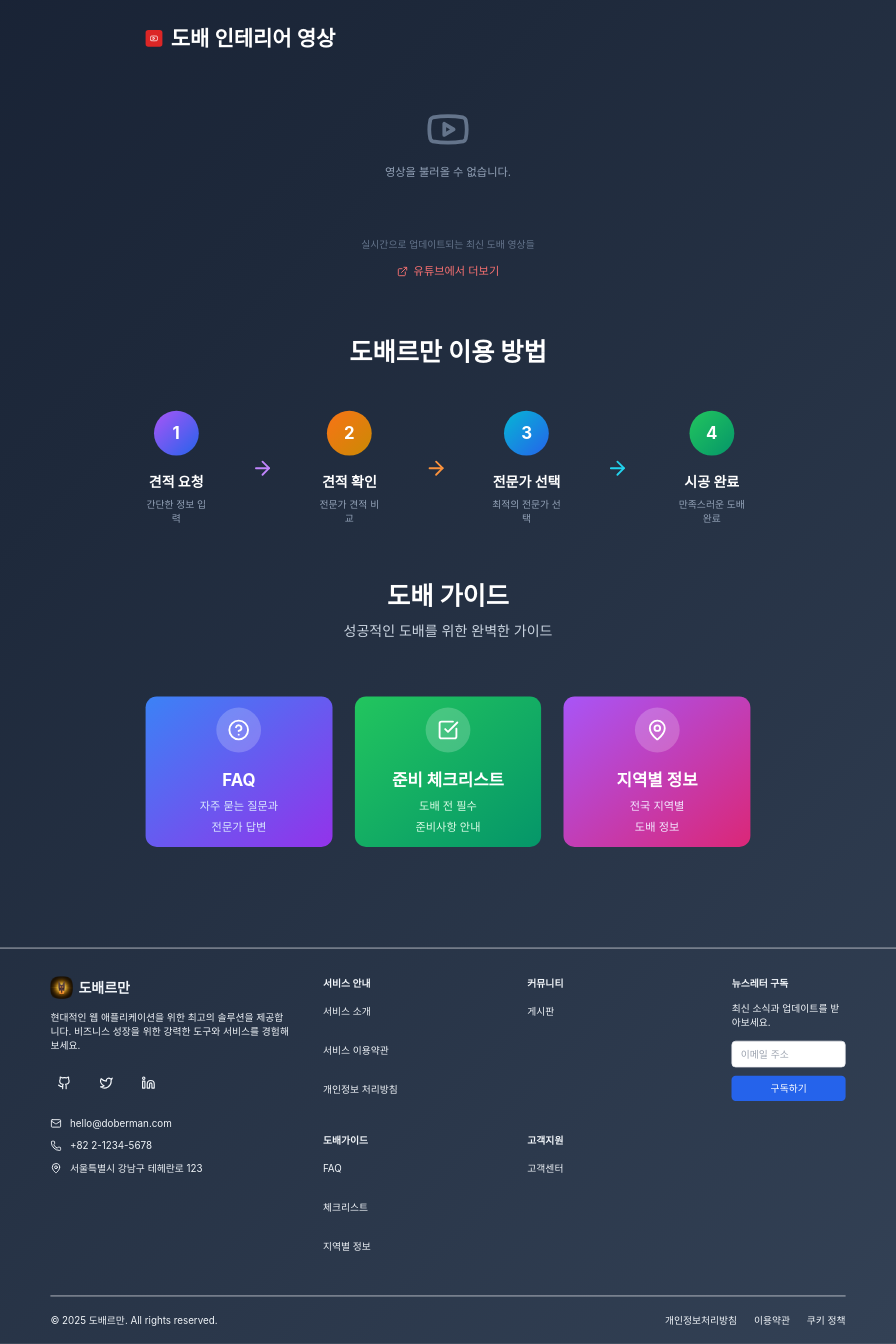
Repository: rambozzang/doberman_nextjs
Page: /
An editor plug-in stored every save of this project. The page is shown before and after the next save, followed by the edit.
The browser window is 1280 px wide. The pictures show the part of the page from y = 1647 to 3567 px (the page is 3567 px tall), at 70% of full size.
The page's requests for data from a server got no answer. The project was rebuilt for these pictures with package versions that can differ from the ones it lists, and the page was loaded fresh each time. The framework's server and built-in components were replaced by stand-ins that run in the browser. No one was signed in, and anything a server would have sent is missing. Also part of the build but not shown: next.config.mjs, next.config.ts, src/components/AutoLogoutWarning.tsx, src/components/ForgotPasswordModal.tsx, src/components/LoginModal.tsx, src/components/RegisterModal.tsx.

Above is the page before, as saved 2025-06-28 01:16:59.

### src/components/Footer.tsx
"use client";

import React, { useState } from "react";
import Link from "next/link";
import { motion, AnimatePresence } from "framer-motion";
import { Github, Twitter, Linkedin, Mail, Phone, MapPin, ChevronDown } from "lucide-react";

import Image from "next/image";

interface FooterLink {
  title: string;
  href: string;
}

interface FooterSection {
  title: string;
  links: FooterLink[];
}

interface SocialLink {
  name: string;
  href: string;
  icon: React.ReactNode;
}

interface FooterProps {
  logo?: string;
  description?: string;
  sections?: FooterSection[];
  socialLinks?: SocialLink[];
  contactInfo?: {
    email?: string;
    phone?: string;
    address?: string;
  };
  showNewsletter?: boolean;
}

const defaultSections: FooterSection[] = [
  {
    title: "서비스 안내",
    links: [
      { title: "서비스 소개", href: "/service-intro" },
      { title: "서비스 이용약관", href: "/terms-of-service" },
      { title: "개인정보 처리방침", href: "/privacy-policy" },
    ],
  },
  {
    title: "커뮤니티",
    links: [{ title: "게시판", href: "/board" }],
  },
  {
    title: "도배가이드",
    links: [
      { title: "FAQ", href: "/faq" },
      { title: "체크리스트", href: "/checklist" },
      { title: "지역별 정보", href: "/regional-guide" },
    ],
  },
  {
    title: "고객지원",
    links: [{ title: "고객센터", href: "/customer-support" }],
  },
];

const defaultSocialLinks: SocialLink[] = [
  {
    name: "GitHub",
    href: "https://github.com",
    icon: <Github className="w-5 h-5" />,
  },
  {
    name: "Twitter",
    href: "https://twitter.com",
    icon: <Twitter className="w-5 h-5" />,
  },
  {
    name: "LinkedIn",
    href: "https://linkedin.com",
    icon: <Linkedin className="w-5 h-5" />,
  },
];

const Footer: React.FC<FooterProps> = ({
  logo = "도배르만",
  description = "현대적인 웹 애플리케이션을 위한 최고의 솔루션을 제공합니다. 비즈니스 성장을 위한 강력한 도구와 서비스를 경험해보세요.",
  sections = defaultSections,
  socialLinks = defaultSocialLinks,
  contactInfo = {
    email: "hello@doberman.com",
    phone: "+82 2-1234-5678",
    address: "서울특별시 강남구 테헤란로 123",
  },
  showNewsletter = true,
}) => {
  // 모바일 아코디언 상태 관리
  const [expandedSections, setExpandedSections] = useState<Record<string, boolean>>({});

  // 아코디언 토글 함수
  const toggleSection = (sectionTitle: string) => {
    setExpandedSections(prev => ({
      ...prev,
      [sectionTitle]: !prev[sectionTitle]
    }));
  };

  const handleNewsletterSubmit = (e: React.FormEvent) => {
    e.preventDefault();
    // 뉴스레터 구독 로직
    console.log("뉴스레터 구독");
  };

  return (
    <footer className="bg-background border-t border-border">
      <div className="container mx-auto px-4 sm:px-6 lg:px-8">
        {/* Main Footer Content */}
        <div className="py-6 sm:py-8 lg:py-10">
          <div className="grid grid-cols-1 md:grid-cols-2 lg:grid-cols-12 gap-4 sm:gap-6 lg:gap-8">
            {/* Company Info */}
            <div className="md:col-span-2 lg:col-span-4 space-y-4 sm:space-y-6">
              <motion.div
                initial={{ opacity: 0, y: 20 }}
                whileInView={{ opacity: 1, y: 0 }}
                transition={{ duration: 0.5 }}
                viewport={{ once: true }}
              >
                <Link href="/" className="flex items-center space-x-2 mb-3 sm:mb-4">
                  <Image src="/logo.png" alt="logo" width={28} height={28} className="sm:w-8 sm:h-8" />
                  <span className="text-lg sm:text-xl font-bold text-foreground">{logo}</span>
                </Link>
                <p className="text-muted-foreground text-xs sm:text-sm leading-relaxed pr-4">
                  {description}
                </p>
              </motion.div>

              {/* Social Links */}
              <motion.div
                initial={{ opacity: 0, y: 20 }}
                whileInView={{ opacity: 1, y: 0 }}
                transition={{ duration: 0.5, delay: 0.1 }}
                viewport={{ once: true }}
                className="flex space-x-3 sm:space-x-4"
              >
                {socialLinks.map((social) => (
                  <motion.a
                    key={social.name}
                    href={social.href}
                    target="_blank"
                    rel="noopener noreferrer"
                    whileHover={{ scale: 1.1 }}
                    whileTap={{ scale: 0.95 }}
                    className="p-2 sm:p-2.5 rounded-lg bg-accent/50 text-muted-foreground hover:text-foreground hover:bg-accent transition-colors touch-target"
                    aria-label={social.name}
                  >
                    <div className="w-4 h-4 sm:w-5 sm:h-5">
                      {social.icon}
                    </div>
                  </motion.a>
                ))}
              </motion.div>

              {/* Contact Info */}
              {contactInfo && (
                <motion.div
                  initial={{ opacity: 0, y: 20 }}
                  whileInView={{ opacity: 1, y: 0 }}
                  transition={{ duration: 0.5, delay: 0.2 }}
                  viewport={{ once: true }}
                  className="space-y-2 sm:space-y-3"
                >
                  {contactInfo.email && (
                    <div className="flex items-center space-x-2 sm:space-x-3 text-xs sm:text-sm text-muted-foreground">
                      <Mail className="w-3 h-3 sm:w-4 sm:h-4 flex-shrink-0" />
                      <span className="break-all">{contactInfo.email}</span>
                    </div>
                  )}
                  {contactInfo.phone && (
                    <div className="flex items-center space-x-2 sm:space-x-3 text-xs sm:text-sm text-muted-foreground">
                      <Phone className="w-3 h-3 sm:w-4 sm:h-4 flex-shrink-0" />
                      <span>{contactInfo.phone}</span>
                    </div>
                  )}
                  {contactInfo.address && (
                    <div className="flex items-start space-x-2 sm:space-x-3 text-xs sm:text-sm text-muted-foreground">
                      <MapPin className="w-3 h-3 sm:w-4 sm:h-4 flex-shrink-0 mt-0.5" />
                      <span className="leading-relaxed">{contactInfo.address}</span>
                    </div>
                  )}
                </motion.div>
              )}
            </div>

            {/* Footer Links */}
            <div className="md:col-span-2 lg:col-span-6">
              {/* 데스크톱 버전 - 기존 그리드 */}
              <div className="hidden md:grid grid-cols-2 gap-4 sm:gap-6 md:gap-8">
                {sections.map((section, index) => (
                  <motion.div
                    key={section.title}
                    initial={{ opacity: 0, y: 20 }}
                    whileInView={{ opacity: 1, y: 0 }}
                    transition={{ duration: 0.5, delay: index * 0.1 }}
                    viewport={{ once: true }}
                    className="space-y-3 sm:space-y-4"
                  >
                    <h3 className="text-xs sm:text-sm font-semibold text-foreground">
                      {section.title}
                    </h3>
                    <ul className="space-y-2 sm:space-y-3">
                      {section.links.map((link) => (
                        <li key={link.title}>
                          <Link
                            href={link.href}
                            className="text-xs sm:text-sm text-muted-foreground hover:text-foreground transition-colors block py-1 touch-target"
                          >
                            {link.title}
                          </Link>
                        </li>
                      ))}
                    </ul>
                  </motion.div>
                ))}
              </div>

              {/* 모바일 버전 - 아코디언 */}
              <div className="md:hidden space-y-2">
                {sections.map((section, index) => (
                  <motion.div
                    key={section.title}
                    initial={{ opacity: 0, y: 20 }}
                    whileInView={{ opacity: 1, y: 0 }}
                    transition={{ duration: 0.5, delay: index * 0.1 }}
                    viewport={{ once: true }}
                    className="border border-slate-700/30 rounded-lg bg-slate-800/20 overflow-hidden"
                  >
                    {/* 아코디언 헤더 */}
                    <button
                      onClick={() => toggleSection(section.title)}
                      className="w-full flex items-center justify-between p-4 text-left hover:bg-slate-700/20 transition-colors touch-target"
                    >
                      <h3 className="text-sm font-semibold text-foreground">
                        {section.title}
                      </h3>
                      <motion.div
                        animate={{ rotate: expandedSections[section.title] ? 180 : 0 }}
                        transition={{ duration: 0.2 }}
                      >
                        <ChevronDown className="w-4 h-4 text-muted-foreground" />
                      </motion.div>
                    </button>

                    {/* 아코디언 컨텐츠 */}
                    <AnimatePresence>
                      {expandedSections[section.title] && (
                        <motion.div
                          initial={{ height: 0, opacity: 0 }}
                          animate={{ height: "auto", opacity: 1 }}
                          exit={{ height: 0, opacity: 0 }}
                          transition={{ duration: 0.3, ease: "easeInOut" }}
                          className="overflow-hidden"
                        >
                          <div className="px-4 pb-4 border-t border-slate-700/30">
                            <ul className="space-y-2 pt-3">
                              {section.links.map((link) => (
                                <motion.li
                                  key={link.title}
                                  initial={{ opacity: 0, x: -10 }}
                                  animate={{ opacity: 1, x: 0 }}
                                  transition={{ duration: 0.2 }}
                                >
                                  <Link
                                    href={link.href}
                                    className="text-sm text-muted-foreground hover:text-foreground transition-colors block py-2 px-2 rounded hover:bg-slate-700/20 touch-target"
                                  >
                                    {link.title}
                                  </Link>
                                </motion.li>
                              ))}
                            </ul>
                          </div>
                        </motion.div>
                      )}
                    </AnimatePresence>
                  </motion.div>
                ))}
              </div>
            </div>

            {/* Newsletter */}
            {showNewsletter && (
              <div className="md:col-span-2 lg:col-span-2">
                <motion.div
                  initial={{ opacity: 0, y: 20 }}
                  whileInView={{ opacity: 1, y: 0 }}
                  transition={{ duration: 0.5, delay: 0.3 }}
                  viewport={{ once: true }}
                  className="space-y-4"
                >
                  <h3 className="text-sm font-semibold text-foreground">
                    뉴스레터 구독
                  </h3>
                  <p className="text-sm text-muted-foreground">
                    최신 소식과 업데이트를 받아보세요.
                  </p>
                  <form onSubmit={handleNewsletterSubmit} className="space-y-3">
                    <input
                      type="email"
                      placeholder="이메일 주소"
                      className="w-full px-3 py-2 text-sm bg-background border border-border rounded-md focus:outline-none focus:ring-2 focus:ring-primary focus:border-transparent"
                      required
                    />
                    <button
                      type="submit"
                      className="w-full px-3 py-2 text-sm bg-blue-600 text-white rounded-md hover:bg-blue-700 transition-colors"
                    >
                      구독하기
                    </button>
                  </form>
                </motion.div>
              </div>
            )}
          </div>
        </div>

        {/* Bottom Bar */}
        <motion.div
          initial={{ opacity: 0 }}
          whileInView={{ opacity: 1 }}
          transition={{ duration: 0.5, delay: 0.4 }}
          viewport={{ once: true }}
          className="py-6 border-t border-border"
        >
          <div className="flex flex-col md:flex-row justify-between items-center space-y-4 md:space-y-0">
            <div className="text-sm text-muted-foreground">
              © {new Date().getFullYear()} {logo}. All rights reserved.
            </div>
            <div className="flex space-x-6">
              <Link
                href="/privacy"
                className="text-sm text-muted-foreground hover:text-foreground transition-colors"
              >
                개인정보처리방침
              </Link>
              <Link
                href="/terms"
                className="text-sm text-muted-foreground hover:text-foreground transition-colors"
              >
                이용약관
              </Link>
              <Link
                href="/cookies"
                className="text-sm text-muted-foreground hover:text-foreground transition-colors"
              >
                쿠키 정책
              </Link>
            </div>
          </div>
        </motion.div>
      </div>
    </footer>
  );
};

export default Footer;

Loaded but not shown: tailwind.config.js (145 lines, source omitted); src/app/page.tsx (898 lines, source omitted); src/components/Header.tsx (549 lines, source omitted); src/app/globals.css (891 lines, source omitted); src/lib/api.ts (171 lines, source omitted); src/services/authService.ts (116 lines, source omitted); src/hooks/useAutoLogout.ts (132 lines, source omitted); src/lib/auth.ts (101 lines, source omitted); src/hooks/useAuth.ts (100 lines, source omitted); src/store/useStore.ts (38 lines, source omitted); src/components/AdSense.tsx (41 lines, source omitted); src/providers/GlobalProvider.tsx (31 lines, source omitted); src/providers/QueryProvider.tsx (25 lines, source omitted); src/services/youtubeService.ts (9 lines, source omitted); src/app/layout.tsx (264 lines, source omitted)

After the next save:
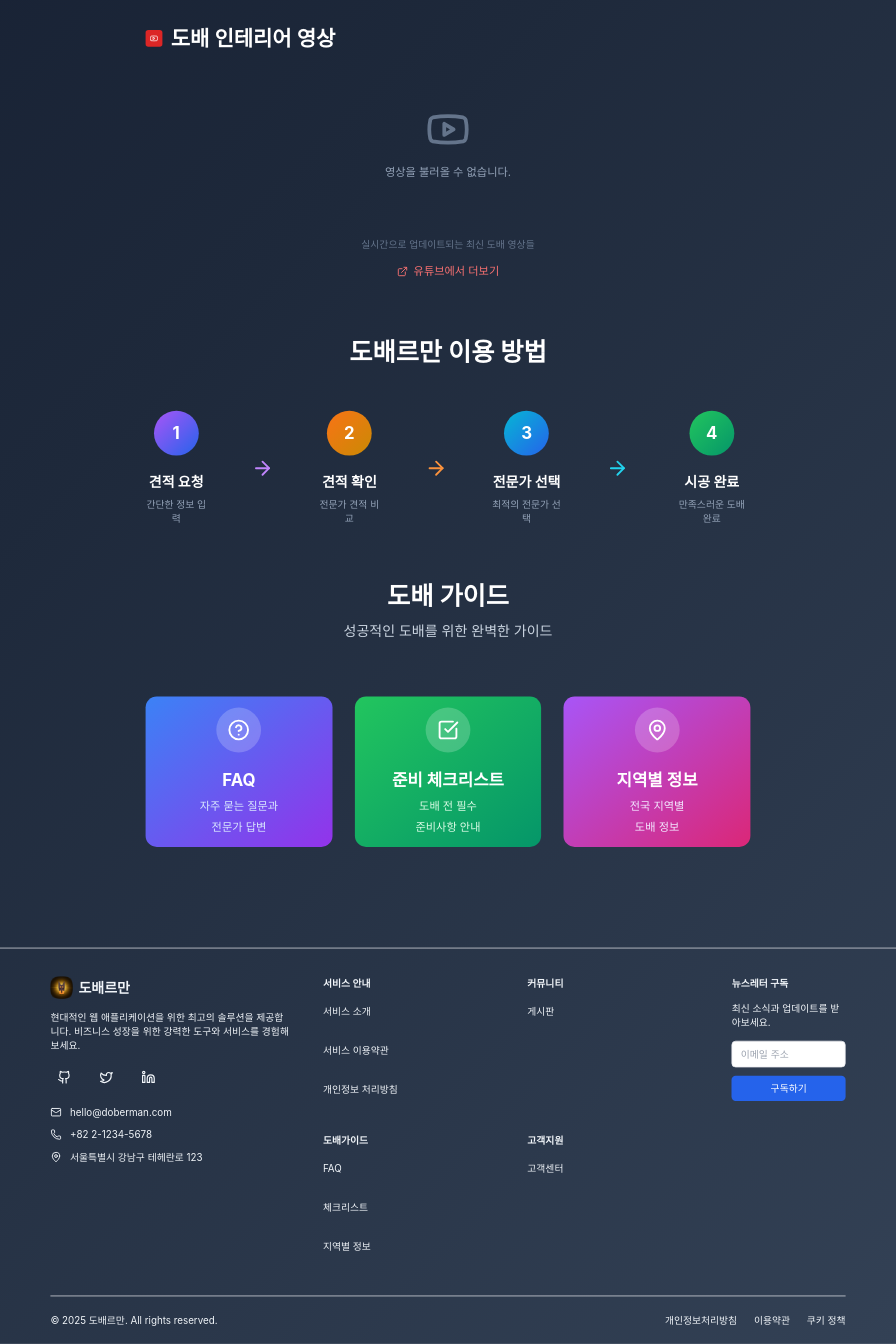
Saved 7 s later.
--- a/src/components/Footer.tsx
+++ b/src/components/Footer.tsx
@@ -117,7 +117,7 @@ const Footer: React.FC<FooterProps> = ({
         <div className="py-6 sm:py-8 lg:py-10">
           <div className="grid grid-cols-1 md:grid-cols-2 lg:grid-cols-12 gap-4 sm:gap-6 lg:gap-8">
             {/* Company Info */}
-            <div className="md:col-span-2 lg:col-span-4 space-y-4 sm:space-y-6">
+            <div className="md:col-span-2 lg:col-span-4 space-y-3 sm:space-y-4 lg:space-y-4">
               <motion.div
                 initial={{ opacity: 0, y: 20 }}
                 whileInView={{ opacity: 1, y: 0 }}
